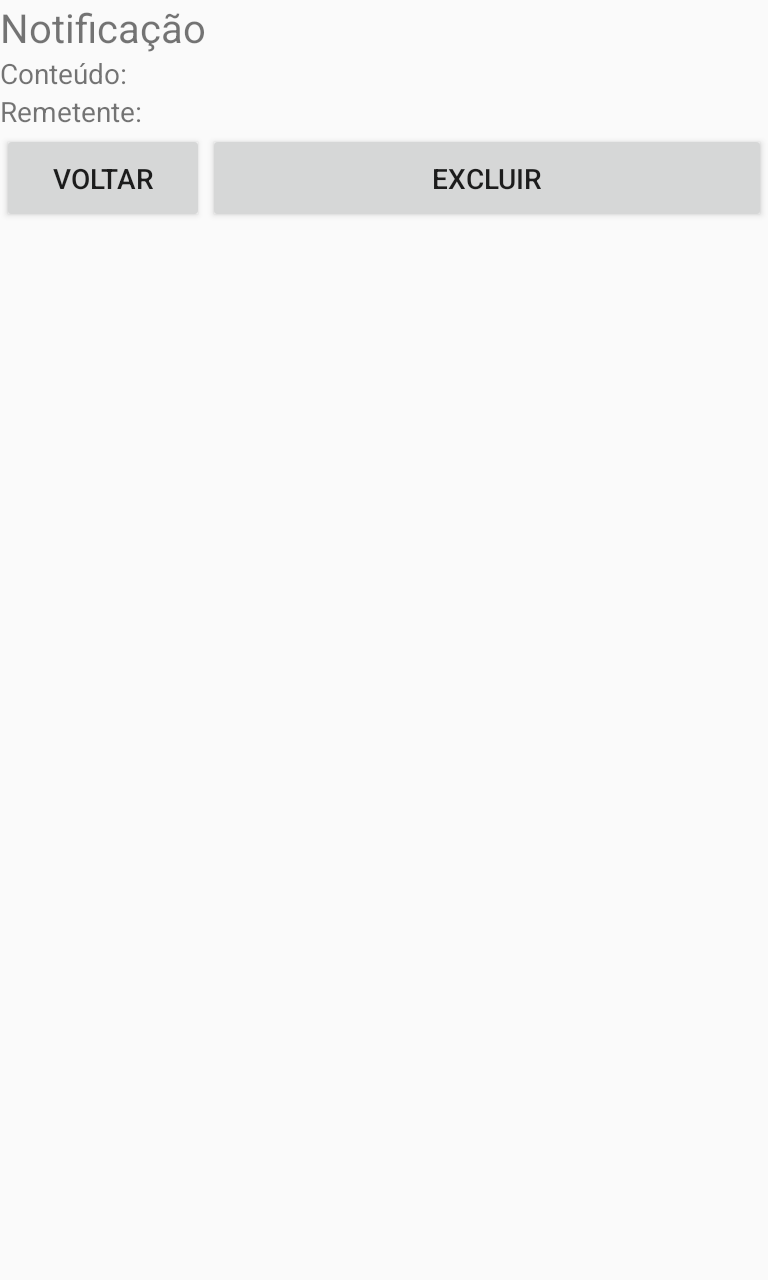
Repository: luizhenrique-dev/repositorio-mobile
Layout: ProjetoFinalMobile/UFGMemo/res/layout/fragment_notificacao.xml
These files come from the project's save history. The layout is drawn as it stood at one moment and after the next save; the edit follows.
It is drawn on a 768 x 1280 px phone screen (xhdpi) without system bars, with theme AppTheme; the app's code is not run.

Above is the layout before, as saved 2014-04-27 02:52:33.

### ProjetoFinalMobile/UFGMemo/res/layout/fragment_notificacao.xml
<?xml version="1.0" encoding="utf-8"?>
<TableLayout xmlns:android="http://schemas.android.com/apk/res/android"
    android:layout_width="fill_parent"
    android:layout_height="fill_parent"
    android:stretchColumns="1" >

    <TableRow>

        <TextView
            android:text="Notificação"
            android:textSize="20sp" />
    </TableRow>

    <TableRow>

        <TextView android:text="Conteúdo:" />

        <TextView android:id="@+id/conteudo" />
    </TableRow>

    <TableRow>

        <TextView android:text="Remetente:" />

        <TextView android:id="@+id/remetente" />
    </TableRow>

    <TableRow>

        <Button
            android:id="@+id/voltar"
            android:layout_width="fill_parent"
            android:layout_height="wrap_content"
            android:text="Voltar" />

        <Button
            android:id="@+id/excluir"
            android:layout_width="fill_parent"
            android:layout_height="wrap_content"
            android:text="Excluir" />
    </TableRow>

</TableLayout>

Loaded but not shown: ProjetoFinalMobile/UFGMemo/res/values/styles.xml (common file); ProjetoFinalMobile/UFGMemo/res/values-v11/styles.xml (common file); ProjetoFinalMobile/UFGMemo/res/values-v14/styles.xml (common file)

After the next save:
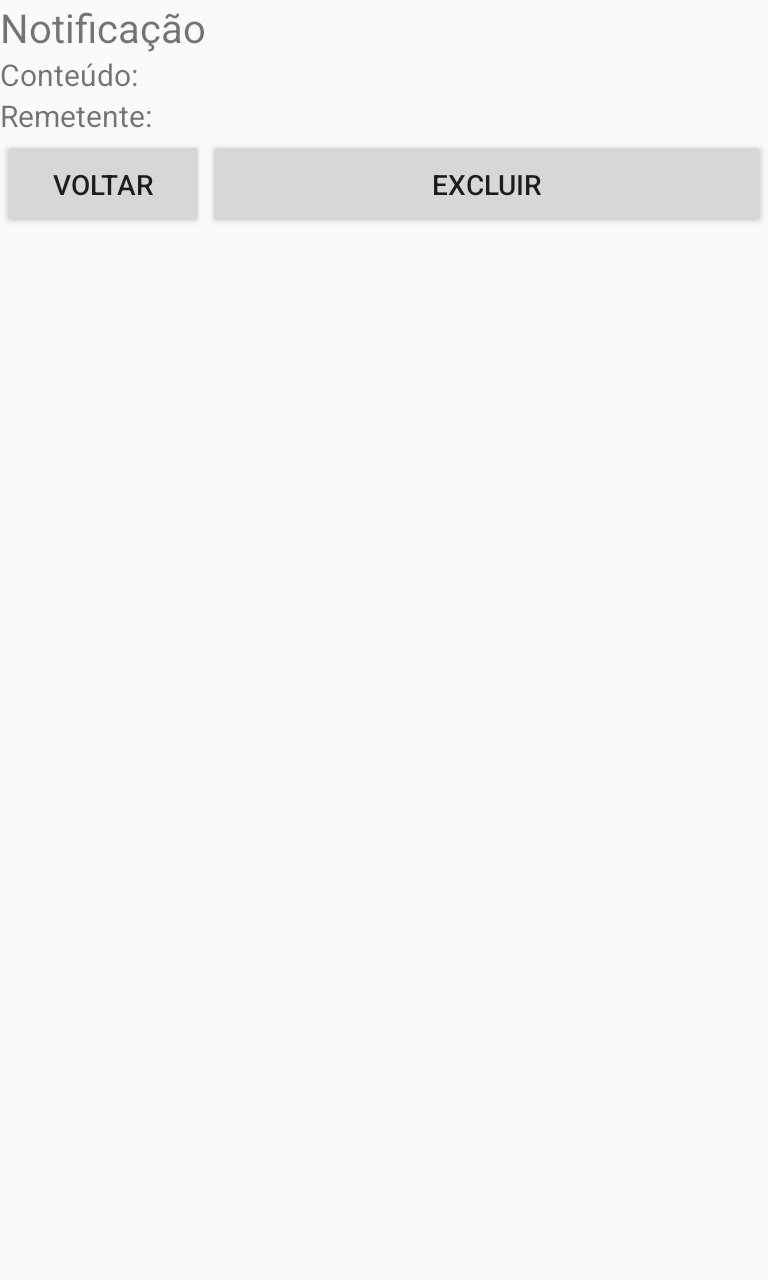
Saved 65 s later.
--- a/ProjetoFinalMobile/UFGMemo/res/layout/fragment_notificacao.xml
+++ b/ProjetoFinalMobile/UFGMemo/res/layout/fragment_notificacao.xml
@@ -13,14 +13,16 @@
 
     <TableRow>
 
-        <TextView android:text="Conteúdo:" />
+        <TextView android:text="Conteúdo:"
+            android:textSize="15sp" />/>
 
         <TextView android:id="@+id/conteudo" />
     </TableRow>
 
     <TableRow>
 
-        <TextView android:text="Remetente:" />
+        <TextView android:text="Remetente:"
+            android:textSize="15sp" />/>
 
         <TextView android:id="@+id/remetente" />
     </TableRow>
